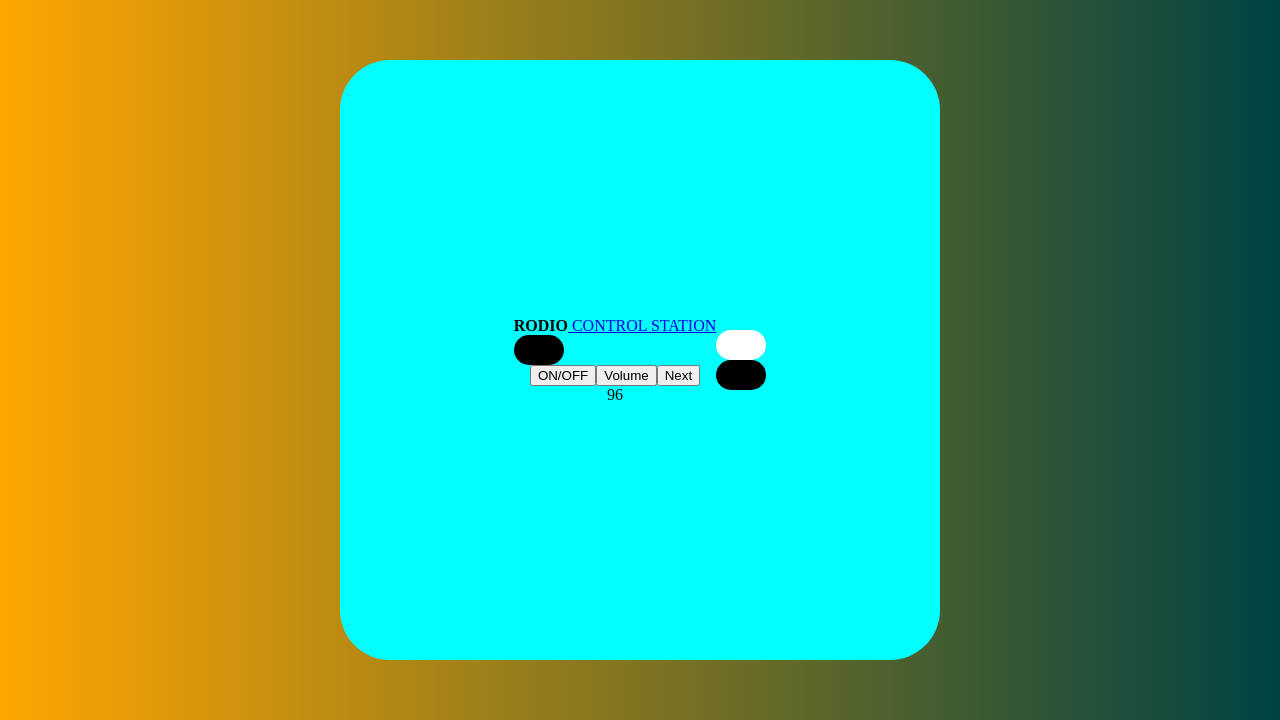
Repository: Alexandru-Morteanu/rodio
Page: /96
These files come from the project's save history. The page is drawn as it stood at one moment and after the next save; the edit follows.
The browser window is 1280 px wide. The pictures show the whole page.
The project was rebuilt for these pictures with package versions that can differ from the ones it lists, and the page was loaded fresh each time. Also part of the build but not shown: src/pages/Login/firebase.js, src/pages/Login/AuthContext.js, src/pages/Login/PrivateRoute.js, src/pages/Administrator/Admin.js, src/pages/Login/Login.js, src/pages/Login/SignUp.js, src/pages/ControlStation/ControlStation.js.

Above is the page before, as saved 2023-01-30 18:37:52.

After the next save:
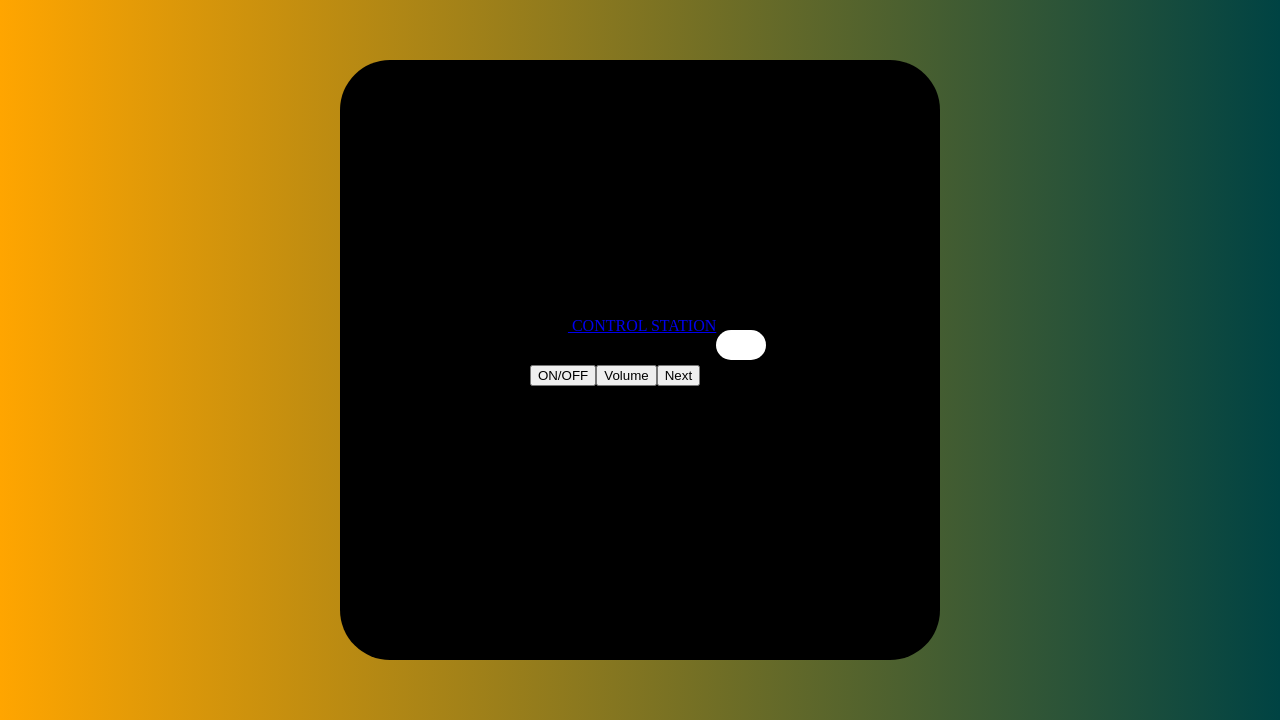
Saved 6 min 57 s later.
--- a/src/App.css
+++ b/src/App.css
@@ -6,7 +6,7 @@
 .container{
   height: 600px;
   width: 600px;
-  background-color: aqua;
+  background-color: rgb(0, 0, 0);
   border-radius: 50px;
   text-align: center;
 }
